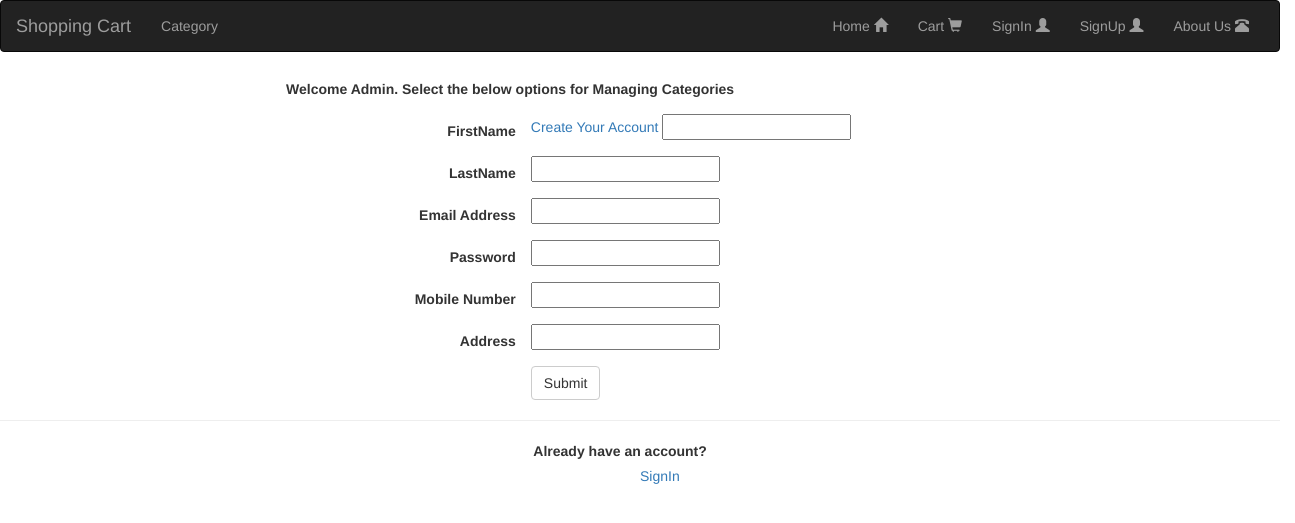
Repository: KaustubhKamat/ShoppingCartProject
Page: http://localhost/NewShoppingCart/WEB-INF/views/Category.jsp
These files come from the project's save history. The page is drawn as it stood at one moment and after the next save; the edit follows.
The browser window is 1280 px wide. The page is 1295 px wide, so the pictures cover 1295 px, including what lies to the right of the window. The pictures show the whole page.
Some web libraries are served in a nearby version. The page is served by Tomcat 9. Nobody is signed in. The template is opened directly, without the code that normally fills it, so the values that code supplies are empty.

Above is the page before, as saved 2017-01-12 06:19:25.

After the next save:
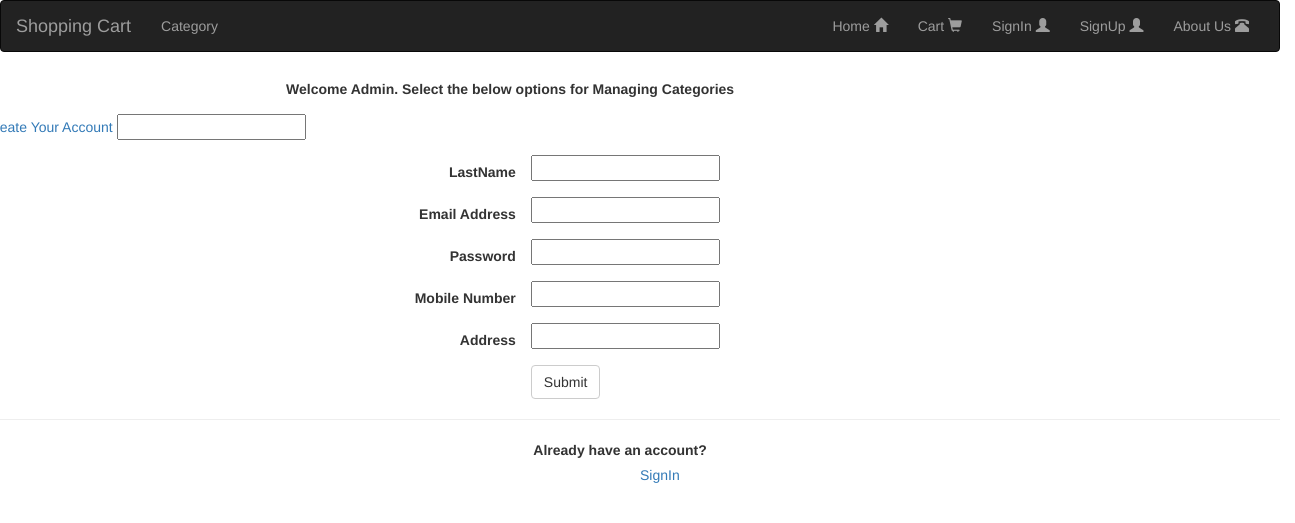
Saved 13 s later.
--- a/NewShoppingCart/src/main/webapp/WEB-INF/views/Category.jsp
+++ b/NewShoppingCart/src/main/webapp/WEB-INF/views/Category.jsp
@@ -24,7 +24,7 @@
 			<label class="col-sm-7 control-label">Welcome Admin. Select the below options for Managing Categories</label>
 		</div>
 		<div class="form-group">
-			<label class="col-sm-5 control-label">FirstName</label>
+
 			<a href="Register"> Create Your Account</a>
 				<input type="text" name="FirstName">
 			</div>

After the 2 saves that followed:
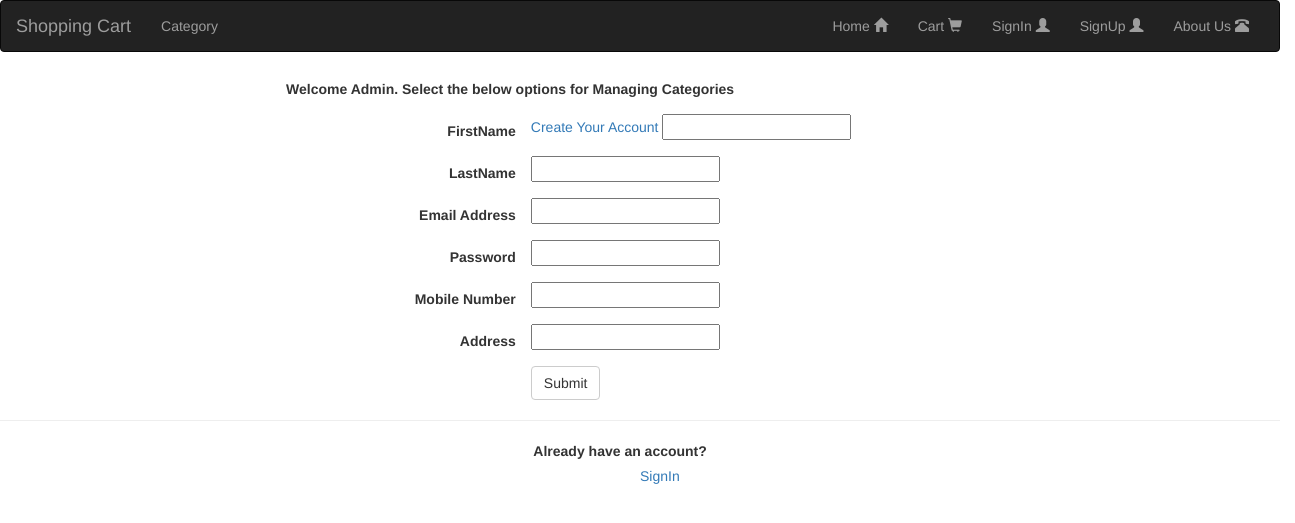
The 2 saves are shown as one change because 1 left the picture as it was.
The last was saved 48 s later.
--- a/NewShoppingCart/src/main/webapp/WEB-INF/views/Category.jsp
+++ b/NewShoppingCart/src/main/webapp/WEB-INF/views/Category.jsp
@@ -24,8 +24,8 @@
 			<label class="col-sm-7 control-label">Welcome Admin. Select the below options for Managing Categories</label>
 		</div>
 		<div class="form-group">
-
-			<a href="Register"> Create Your Account</a>
+			<label class="col-sm-5 control-label">FirstName</label>
+			<a href="Register" class=""col-sm-5 control-label""> Create Your Account</a>
 				<input type="text" name="FirstName">
 			</div>
 		</div>
